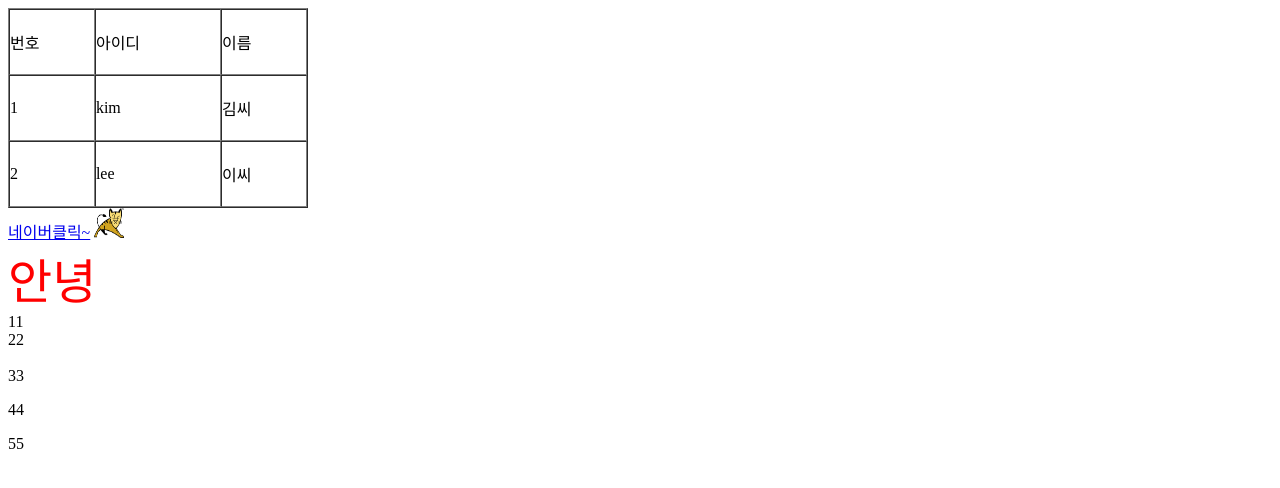
Repository: MinHyeJun/OpenSourceFramework
Page: web_prj/webapp/test.html
The author's editor kept a copy of each file at every save. The page is drawn from the files as they stood at one save, then again after the next save.
The browser window is 1280 px wide. The pictures show the whole page.

Above is the page before, as saved 2018-06-26 02:24:27.

### web_prj/webapp/test.html

<html>
<head>
<meta charset="UTF-8">
<title>Insert title here</title>
</head>
<body>
<table width=300 height=200 border=1 cellpadding=0 cellspacing=0>
	<tr>
		<td>번호</td>
		<td>아이디</td>
		<td>이름</td>
	</tr>
	<tr>
		<td>1</td>
		<td>kim</td>
		<td>김씨</td>
	</tr>
	<tr>
		<td>2</td>
		<td>lee</td>
		<td>이씨</td>
	</tr>
</table>

<a href="http://www.naver.com">네이버클릭~</a>
<img src="tomcat.png" width=30 height=30><br>
<font size=10 color=red>안녕</font><br>
11<br>
22<br><br>
33<p>
44<p><p>
55

</body>
</html>

After the next save:
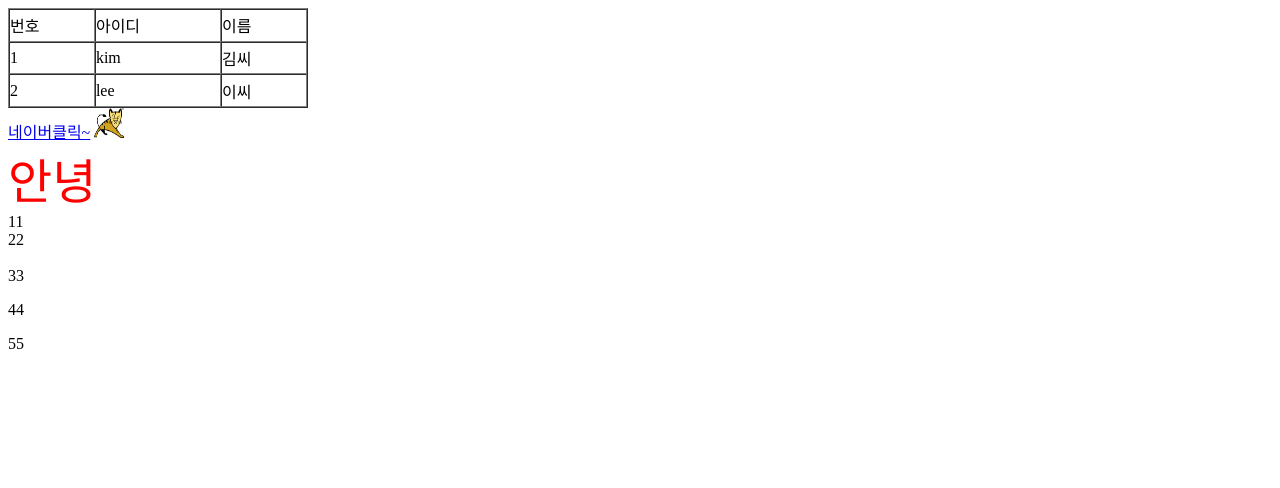
Saved 22 s later.
--- a/web_prj/webapp/test.html
+++ b/web_prj/webapp/test.html
@@ -5,7 +5,7 @@
 <title>Insert title here</title>
 </head>
 <body>
-<table width=300 height=200 border=1 cellpadding=0 cellspacing=0>
+<table width=300 height=100 border=1 cellpadding=0 cellspacing=0>
 	<tr>
 		<td>번호</td>
 		<td>아이디</td>
